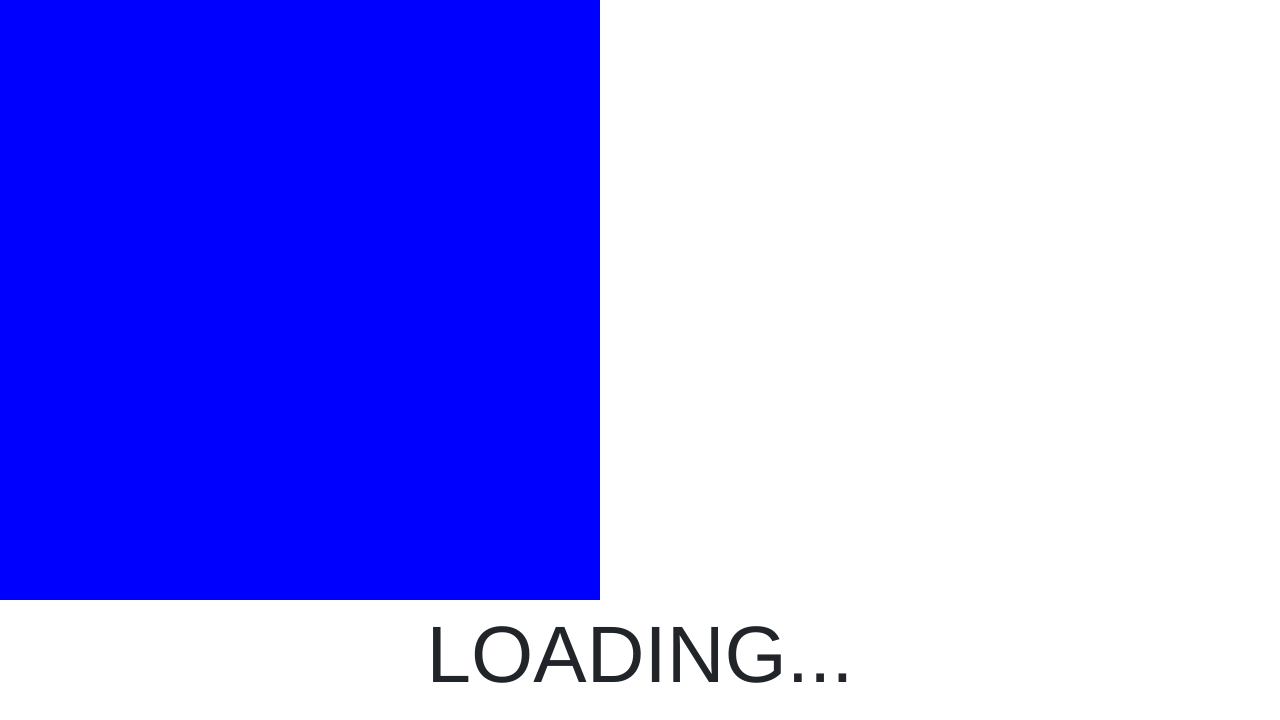
Repository: nlbien22/games
Page: WinEarBird/index.html
The author's editor kept a copy of each file at every save. The page is drawn from the files as they stood at one save, then again after the next save.
The browser window is 1280 px wide. The pictures show the whole page.

Above is the page before, as saved 2024-11-14 23:26:19.

After the next save:
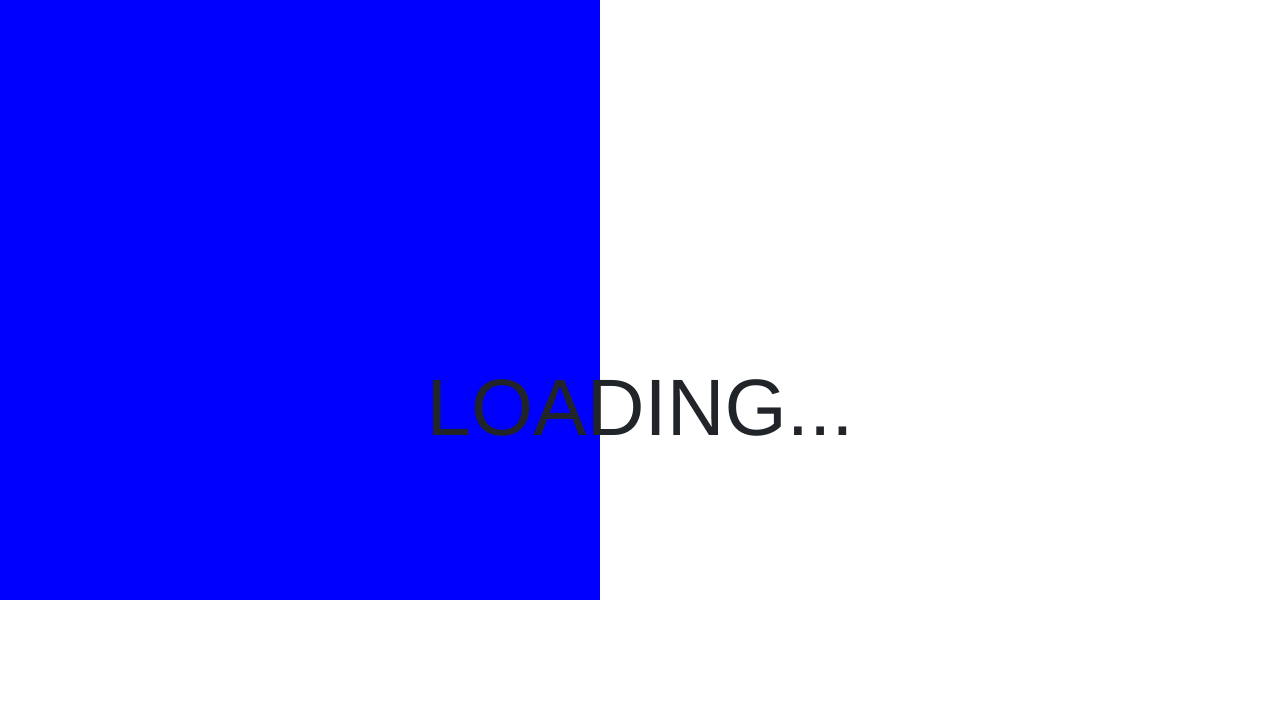
Saved 14 s later.
--- a/WinEarBird/style.css
+++ b/WinEarBird/style.css
@@ -20,8 +20,8 @@
 }
 
 #loading {
+    position: absolute;
     top: 50%;
-    left: 50%;
     width: 100%;
     text-align: center;
     font-size: 80px;
